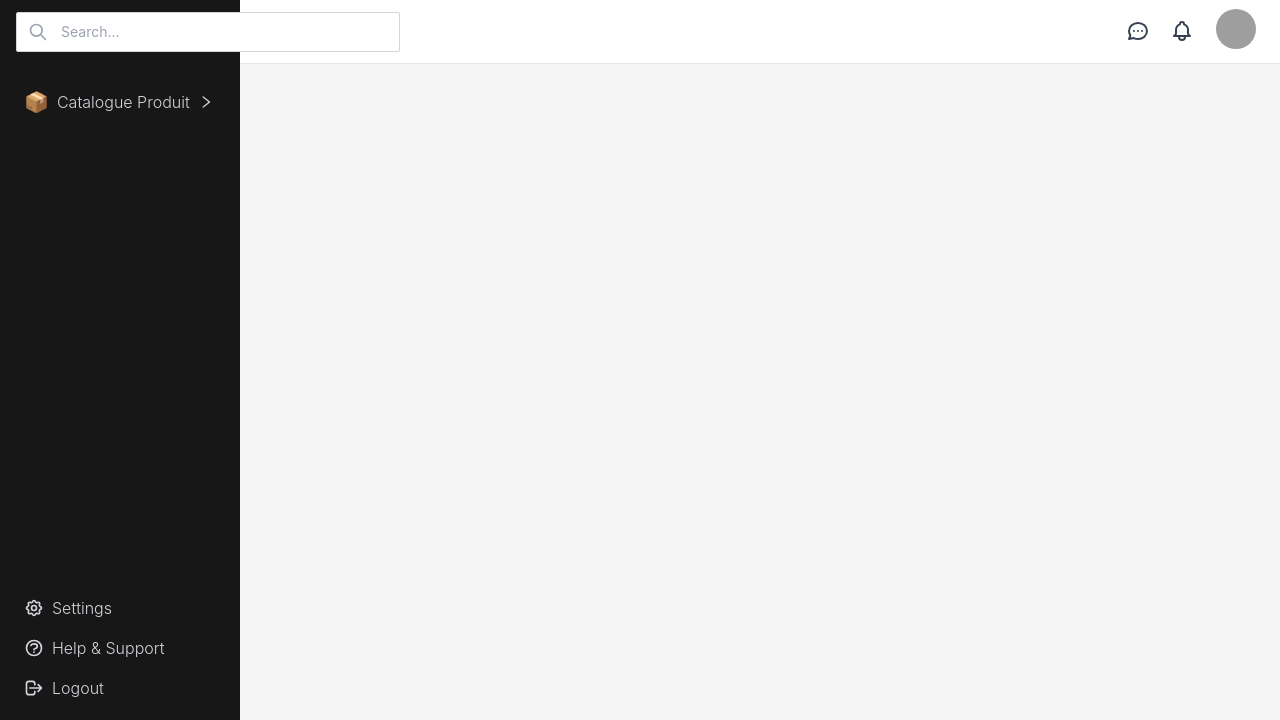
Repository: Mayar2222/Dashboard
Page: /
These files come from the project's save history. The page is drawn as it stood at one moment and after the next save; the edit follows.
The browser window is 1280 px wide. The pictures show the whole page.
Pictures or frames that could not be fetched are drawn as grey boxes. The project was rebuilt for these pictures with package versions that can differ from the ones it lists, and the page was loaded fresh each time. Also part of the build but not shown: src/components/CatalogueProduits.jsx, src/components/Categories.jsx.

Above is the page before, as saved 2024-07-28 16:53:59.

After the next save:
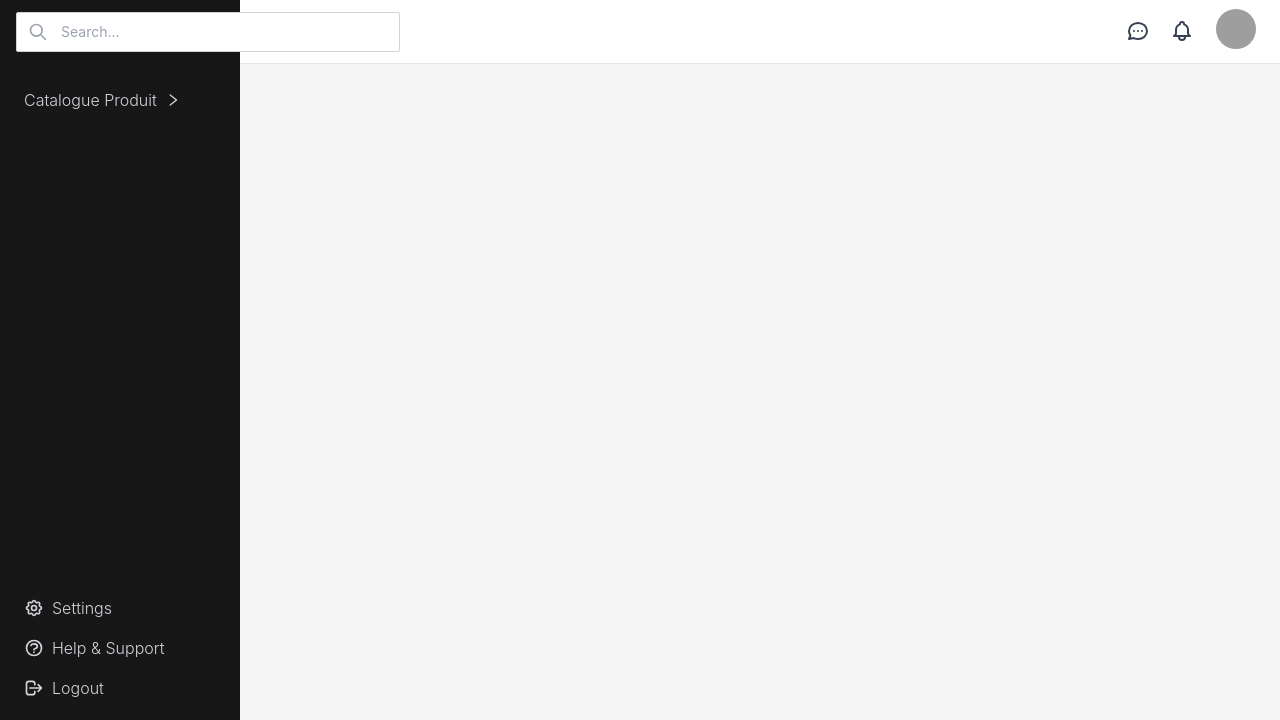
Saved 83 s later.
--- a/src/components/shared/Sidebar.jsx
+++ b/src/components/shared/Sidebar.jsx
@@ -27,7 +27,6 @@
       <div className="flex-1 mt-4">
         <div>
           <button onClick={toggleCatalogue} className={linkClasses}>
-            <span className="text-xl">📦</span>
             <span>Catalogue Produit</span>
             {isCatalogueOpen ? <AiOutlineDown /> : <AiOutlineRight />}
           </button>

After the save that followed:
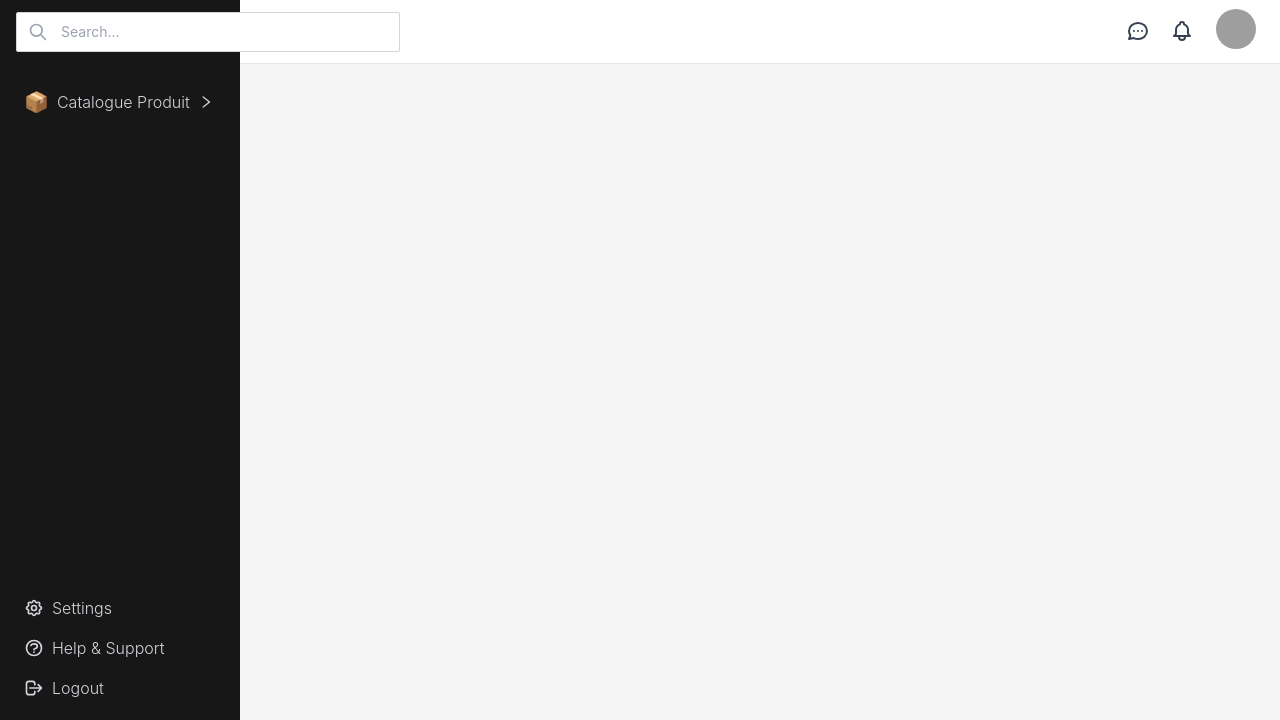
Saved 5 s later.
--- a/src/components/shared/Sidebar.jsx
+++ b/src/components/shared/Sidebar.jsx
@@ -27,6 +27,7 @@
       <div className="flex-1 mt-4">
         <div>
           <button onClick={toggleCatalogue} className={linkClasses}>
+            <span className="text-xl">📦</span>
             <span>Catalogue Produit</span>
             {isCatalogueOpen ? <AiOutlineDown /> : <AiOutlineRight />}
           </button>
